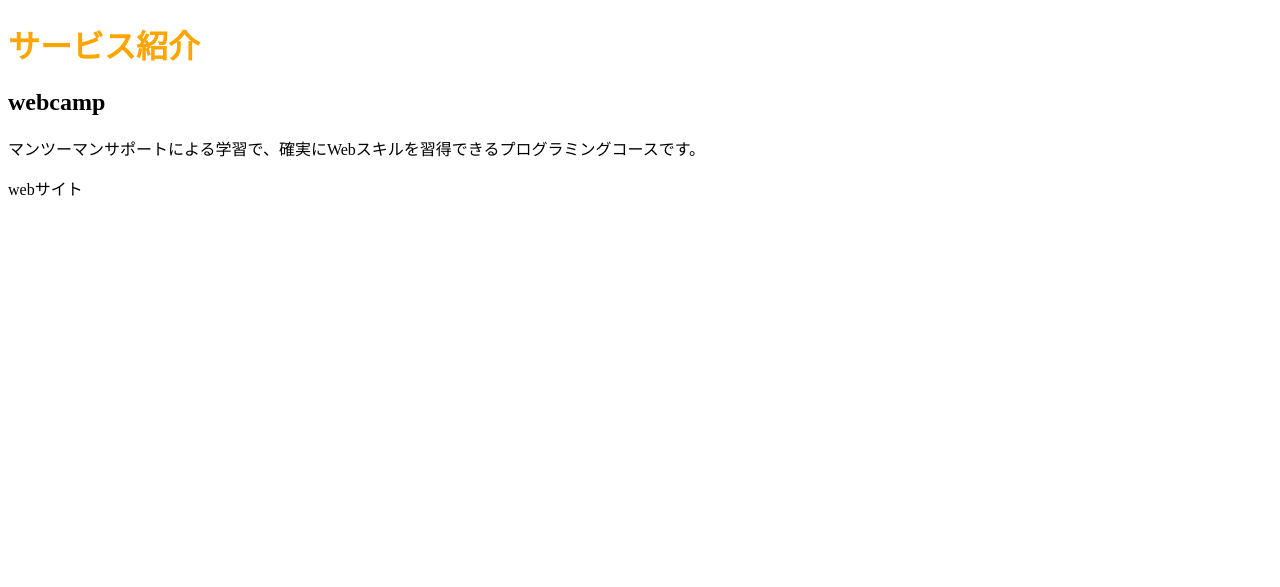
Repository: Y-takumi0/DMMwebcamp
Page: exercise/chapter2.html
The author's editor kept a record of every edit. The page is drawn from the files as they stood at one moment, then again after the next edit.
The browser window is 1280 px wide. The pictures show the whole page.

Above is the page before.

### exercise/chapter2.html
<!DOCTYPE HTML>
<html lang="ja">
  <head>
    <meta charset="UTF-8" />
    <title>chapter2</title>
    <link rel="stylesheet" href="chapter2.css" />
  </head>

  <body>
    <h1>サービス紹介</h1>
    <h2>webcamp</h2>
    <p>マンツーマンサポートによる学習で、確実にWebスキルを習得できるプログラミングコースです。</p>
    <a>webサイト</a>

  </body>
</html>

Loaded but not shown: exercise/chapter2.css (common file)

After the next edit:
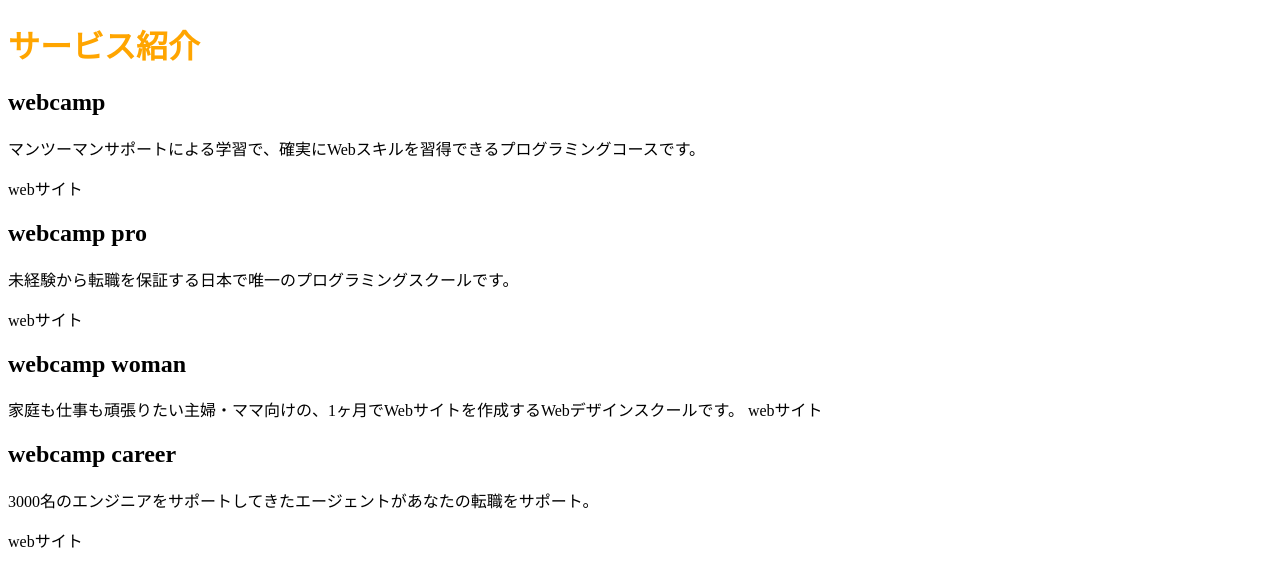
The edit:
--- a/exercise/chapter2.html
+++ b/exercise/chapter2.html
@@ -11,6 +11,15 @@
     <h2>webcamp</h2>
     <p>マンツーマンサポートによる学習で、確実にWebスキルを習得できるプログラミングコースです。</p>
     <a>webサイト</a>
+    <h2>webcamp pro</h2>
+    <p>未経験から転職を保証する日本で唯一のプログラミングスクールです。</p>
+    <a>webサイト</a>
+    <h2>webcamp woman</h2>
+    <p>家庭も仕事も頑張りたい主婦・ママ向けの、1ヶ月でWebサイトを作成するWebデザインスクールです。
+    <a>webサイト</a>
+    <h2>webcamp career</h2>
+    <p>3000名のエンジニアをサポートしてきたエージェントがあなたの転職をサポート。</p>
+    <a>webサイト</a>
 
   </body>
 </html>
